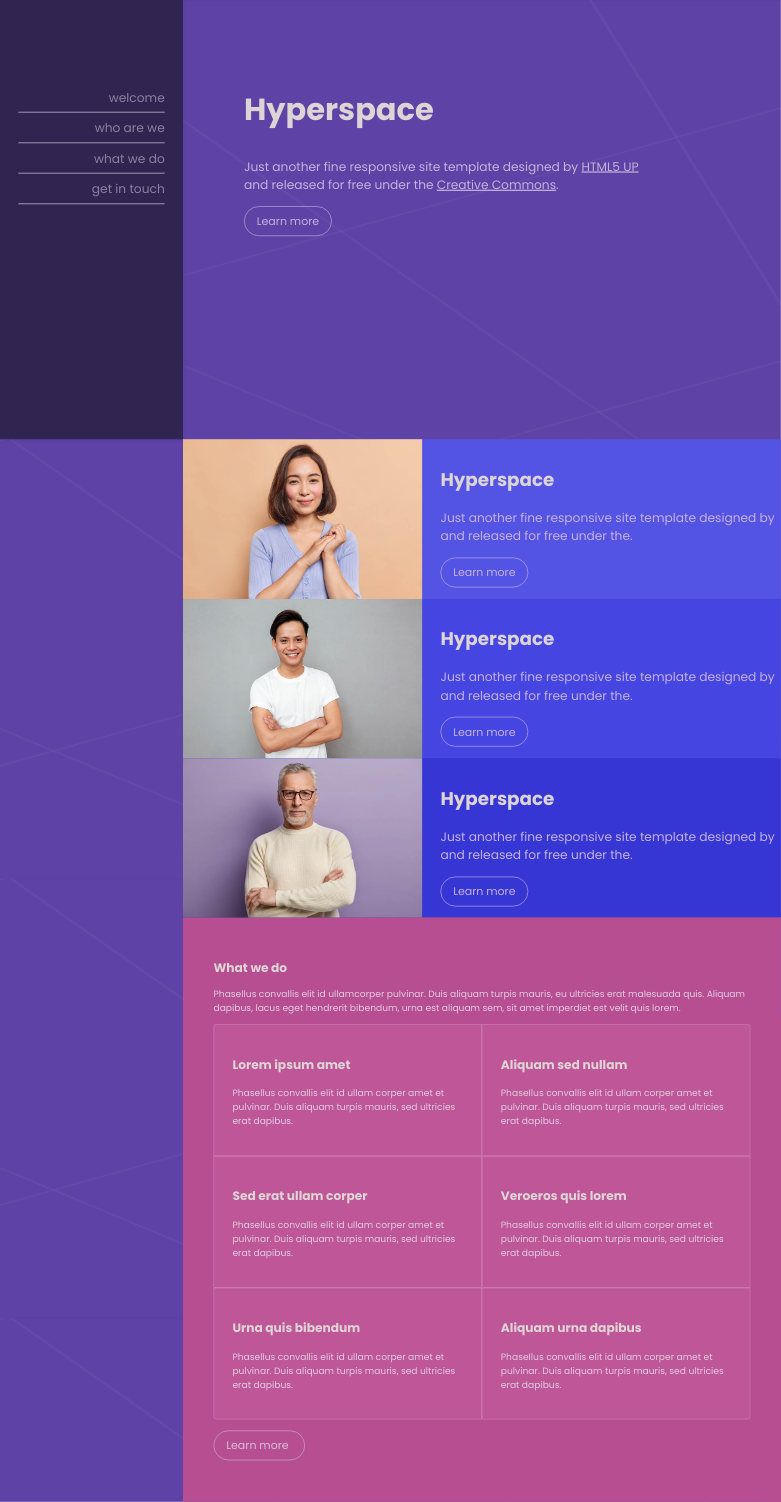
Repository: zai31/KIMIT_Tasks
Page: JsSession8/index.html
The author's editor kept a copy of each file at every save. The page is drawn from the files as they stood at one save, then again after the next save.
The browser window is 1280 px wide. The pictures show the whole page, at 61% of full size.
Backgrounds fixed to the window are drawn as part of the page.

Above is the page before, as saved 2025-09-15 21:13:20.

### JsSession8/index.html
<!DOCTYPE html>
<html lang="en">
<head>
    <meta charset="UTF-8">
    <meta name="viewport" content="width=device-width, initial-scale=1.0">
    <link rel="stylesheet" href="./css/style.css">
    <title>Responsive</title>
</head>

<body>
    <section  class="flex-section">
        <div class="menu">
        <ul>
            <li><a href="#">welcome</a></li>
            <li><a href="#">who are we</a></li>
            <li><a href="#">what we do</a></li>
            <li><a href="#">get in touch</a></li>
        </ul>
</div>
<div class="section">
    <div class="content">
      <div class="intro">
							<h1>Hyperspace</h1>
							<p>Just another fine responsive site template designed by <a href="https://html5up.net">HTML5 UP</a><br>
							and released for free under the <a href="https://html5up.net/license">Creative Commons</a>.</p>
							<button>Learn more</button>

						</div>
    <div class="overview">
        <div class="s" style="background-color: rgb(83, 83, 228);">
           <img src="./images/1.jpg" alt="">

							<div ><h1>Hyperspace</h1>
                                <p>Just another fine responsive site template designed by
							and released for free under the.</p>
							<button>Learn more</button></div>
        </div>
        <div class="s" style="background-color: rgb(69, 69, 226);">
            <img src="./images/2.jpg" alt="">
							<div >
                                           	<h1>Hyperspace</h1>
<p>Just another fine responsive site template designed by
							and released for free under the.</p>
							<button>Learn more</button></div>
        </div>
        <div class="s" style="background-color: rgb(54, 54, 213);">
            <img src="./images/3.jpg" alt="">
							<div >
                                           	<h1>Hyperspace</h1>
<p>Just another fine responsive site template designed by
							and released for free under the.</p>
							<button>Learn more</button></div>
        </div>
    <div class="what">
							<h2>What we do</h2>
							<p>Phasellus convallis elit id ullamcorper pulvinar. Duis aliquam turpis mauris, eu ultricies erat malesuada quis. Aliquam dapibus, lacus eget hendrerit bibendum, urna est aliquam sem, sit amet imperdiet est velit quis lorem.</p>
							<div class="features">
								<section style="border-radius:5px 0px 0px 0 ;">
									<span class="icon fa-code"></span>
									<h3>Lorem ipsum amet</h3>
									<p>Phasellus convallis elit id ullam corper amet et pulvinar. Duis aliquam turpis mauris, sed ultricies erat dapibus.</p>
								</section>
								<section style="border-radius:0 5px 0px 0 ;">
									<span class="icon  fa-lock"></span>
									<h3>Aliquam sed nullam</h3>
									<p>Phasellus convallis elit id ullam corper amet et pulvinar. Duis aliquam turpis mauris, sed ultricies erat dapibus.</p>
								</section>
								<section>
									<span class="icon  fa-cog"></span>
									<h3>Sed erat ullam corper</h3>
									<p>Phasellus convallis elit id ullam corper amet et pulvinar. Duis aliquam turpis mauris, sed ultricies erat dapibus.</p>
								</section>
								<section>
									<span class="icon  fa-desktop"></span>
									<h3>Veroeros quis lorem</h3>
									<p>Phasellus convallis elit id ullam corper amet et pulvinar. Duis aliquam turpis mauris, sed ultricies erat dapibus.</p>
								</section>
								<section style="border-radius:0 0px 0px 5px  ;">
									<span class="icon  fa-link"></span>
									<h3>Urna quis bibendum</h3>
									<p>Phasellus convallis elit id ullam corper amet et pulvinar. Duis aliquam turpis mauris, sed ultricies erat dapibus.</p>
								</section>
								<section style="border-radius:0 0px 5px 0 ;">
									<span class="icon  fa-gem" ></span>
									<h3>Aliquam urna dapibus</h3>
									<p>Phasellus convallis elit id ullam corper amet et pulvinar. Duis aliquam turpis mauris, sed ultricies erat dapibus.</p>
								</section>
							</div>
							<ul class="actions">
								<li style="list-style: none;"><a href="generic.html" class="button" style="text-decoration: none; color: thistle;">Learn more</a></li>
							</ul>

    </div>
                        </div>
                        </div>
                    </section>
</body>
</html>

### JsSession8/CSS/style.css
@import url("https://fonts.googleapis.com/css2?family=Poppins:ital,wght@0,100;0,200;0,300;0,400;0,500;0,600;0,700;0,800;0,900;1,100;1,200;1,300;1,400;1,500;1,600;1,700;1,800;1,900&display=swap");

* {
    box-sizing: border-box;
    font-family: "Poppins", sans-serif;
}

:root {
    --sidebar-color: #312450;
    --primary-color: #5e42a6;
    --secondary-color: #b74e91;
    --section-bg-color: #c7b2dc;
    --dark-color: #000000;
    --navbar-bg-color: #273053;
    --p-color: #717275;
    --highlight-icon-color: #ff0100;
    --main-transition: 0.5s all ease-in-out;
}


html,
body {
    height: 100%;
    margin: 0;
    padding: 0;
}

.flex-section {
    display: flex;
    flex-direction: row;

}

/*side bar*/
.flex-section .menu {
    min-height: 100vh;
    /* ensures sidebar spans at least the full screen */
    height: auto;
    /* lets it grow with content */
    width: 300px;
    top: 0;
    left: 0;
    position: fixed;
    background-color: var(--sidebar-color);
    padding: 145px 30px;
    box-shadow: 0 0 10px rgba(0, 0, 0, 0.1);
}

.flex-section .menu ul {
    list-style: none;
    padding: 0;
    margin: 0;
    text-align: right;
}

.flex-section .menu ul li {
    margin-bottom: 10px;
    font-size: 20px;
    position: relative;
    /* needed for ::after positioning */
    padding-bottom: 10px;
}

.flex-section .menu ul li a {
    text-decoration: none;
    color: #8b82a1;

}

.flex-section .menu ul li::after {
    content: "";
    position: absolute;
    left: 0;
    bottom: 0;
    width: 100%;
    /* stick to the bottom */
    height: 2px;
    background-color: #8b82a1;
    /* thickness of underline */
    transition: width 0.3s ease;
}

/*use js*/
.flex-section .menu ul li a:hover::after {
    width: 100%;
    /* expand underline on hover */
}


.flex-section .menu ul li a:hover {
    color: #b5b8bf;
}

.flex-section .menu ul li a:active {
    color: #5e42a6;
}

.flex-section .menu ul li a:active::after {
    background: linear-gradient(to right, #4b0082, #8b00ff, #981196);
}






/*content first section */
.flex-section .section {
    flex: 1;
    background-color: var(--section-bg-color);
    background-attachment: fixed;
    background-image: url("../assets/css/images/Screenshot\ 2025-09-15\ 075920.png");
    background-position: top right;
    background-repeat: no-repeat;
    background-size: 100% 100%;
    padding-left: 300px;
}

.flex-section .section .content {
    display: flex;
    flex-direction: column;
    width: 100%;
}

.flex-section .section .content .intro {
    padding: 100px;
    width: 100%;
    height: 100vh;
}

.flex-section .section .content .intro h1 {
    color: rgb(221, 213, 213);
    font-size: 50px;
}

.flex-section .section .content .intro p,
.flex-section .section .content .intro a {
    color: var(--section-bg-color);
    font-size: 20px;
}

.flex-section .section .content .intro a:hover {
    color: #fefefe;
    text-decoration: none;
}

.flex-section .section .content .intro button {
    color: var(--section-bg-color);
    background-color: transparent;
    border: 1px solid var(--section-bg-color);
    padding: 10px 20px;
    border-radius: 25px;
    cursor: pointer;
    text-decoration: none;
    font-size: 18px;
}

.flex-section .section .content .intro button:hover {
    background-color: #6f54b6;
}




/*content second section */

.flex-section .section .content .overview .s {
    display: flex;
    flex-direction: row;
    align-items: center;
    gap: 30px;
}

.flex-section .section .content .overview .s h1 {
    color: rgb(221, 213, 213);
    font-size: 30px;
}

.flex-section .section .content .overview .s p {
    color: var(--section-bg-color);
    font-size: 20px;
}

.flex-section .section .content .overview .s button {
    color: var(--section-bg-color);
    background-color: transparent;
    border: 1px solid var(--section-bg-color);
    padding: 10px 20px;
    border-radius: 25px;
    cursor: pointer;
    text-decoration: none;
    font-size: 18px;
}

.flex-section .section .content .overview .s button:hover {
    background-color: rgb(77, 77, 246);
}

.flex-section .section .content .overview .s img {
    width: 40%;
}

/*what section*/

.flex-section .section .content .what {
    padding: 50px;
    width: 100%;
    background-color: var(--secondary-color);
}

.flex-section .section .content .what h3,
.flex-section .section .content .what h2 {
    color: rgb(221, 213, 213);
    font-size: 20px;
}
.flex-section .section .content .what p {
    color: #e0cee1;
    font-size: 15px;
}

.flex-section .section .content .what .features{
    display: flex;
    flex-direction: row;
    flex-wrap: wrap;
    background-color: #be5698;


}
.flex-section .section .content .what .features section {
 flex: 1 1 50%;     /* grow/shrink, ~half width with gap */
 border: 0.5px solid rgba(255, 255, 255, 0.248);
 box-sizing: border-box;
 padding: 30px;

}
.flex-section .section .content .what .actions {
   color: var(--section-bg-color);
    background-color: transparent;
    border: 1px solid var(--section-bg-color);
    padding: 10px 20px;
    border-radius: 25px;
    cursor: pointer;
    text-decoration: none;
    font-size: 18px;
    width: 150px;
}

.flex-section .section .content .what .actions:hover {
    background-color: rgb(212, 107, 177);
}

After the next save:
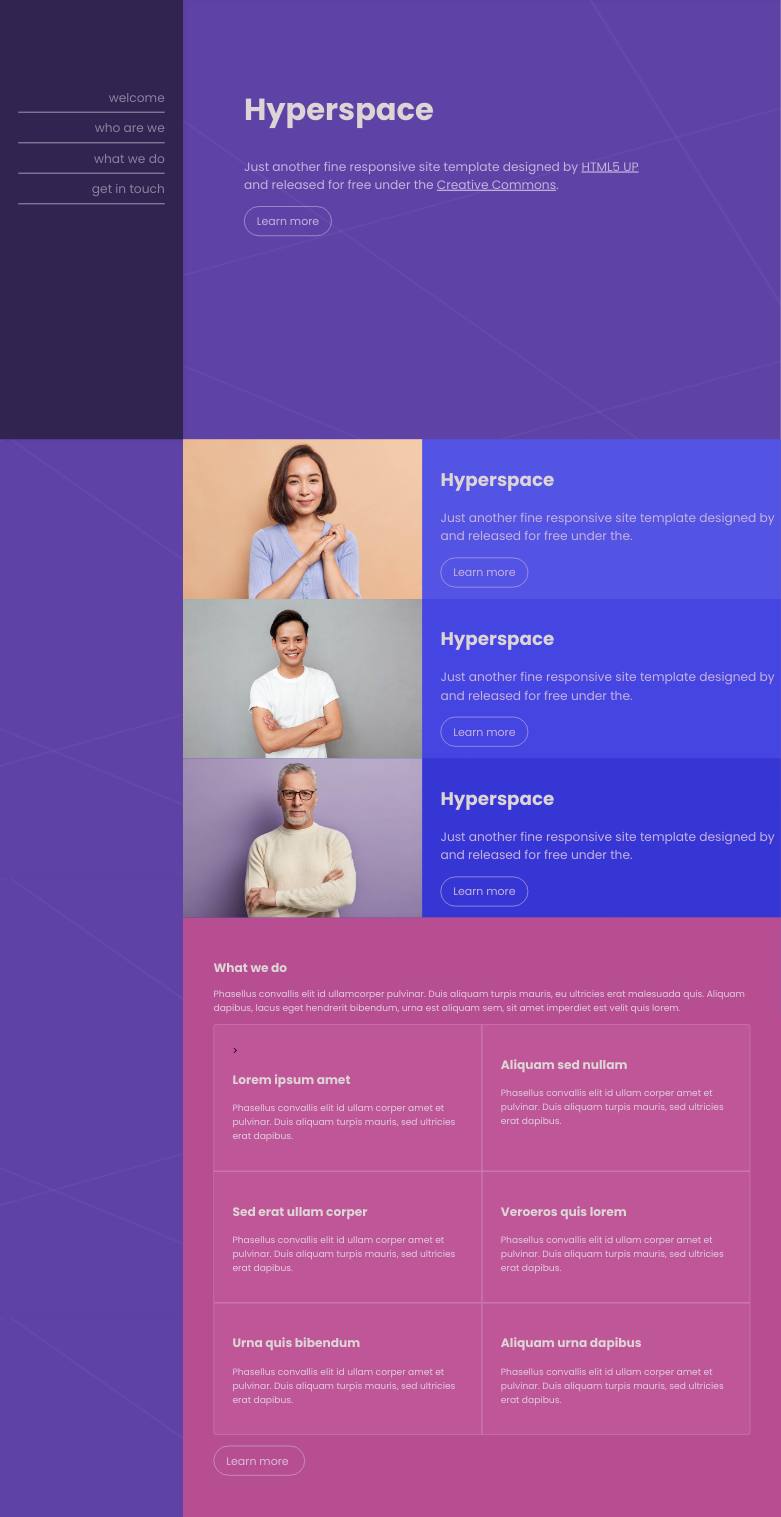
Saved 2 min 11 s later.
--- a/JsSession8/index.html
+++ b/JsSession8/index.html
@@ -56,7 +56,7 @@
 							<p>Phasellus convallis elit id ullamcorper pulvinar. Duis aliquam turpis mauris, eu ultricies erat malesuada quis. Aliquam dapibus, lacus eget hendrerit bibendum, urna est aliquam sem, sit amet imperdiet est velit quis lorem.</p>
 							<div class="features">
 								<section style="border-radius:5px 0px 0px 0 ;">
-									<span class="icon fa-code"></span>
+									<span <i class="fa-solid fa-lock"></i>></span>
 									<h3>Lorem ipsum amet</h3>
 									<p>Phasellus convallis elit id ullam corper amet et pulvinar. Duis aliquam turpis mauris, sed ultricies erat dapibus.</p>
 								</section>

After the save that followed:
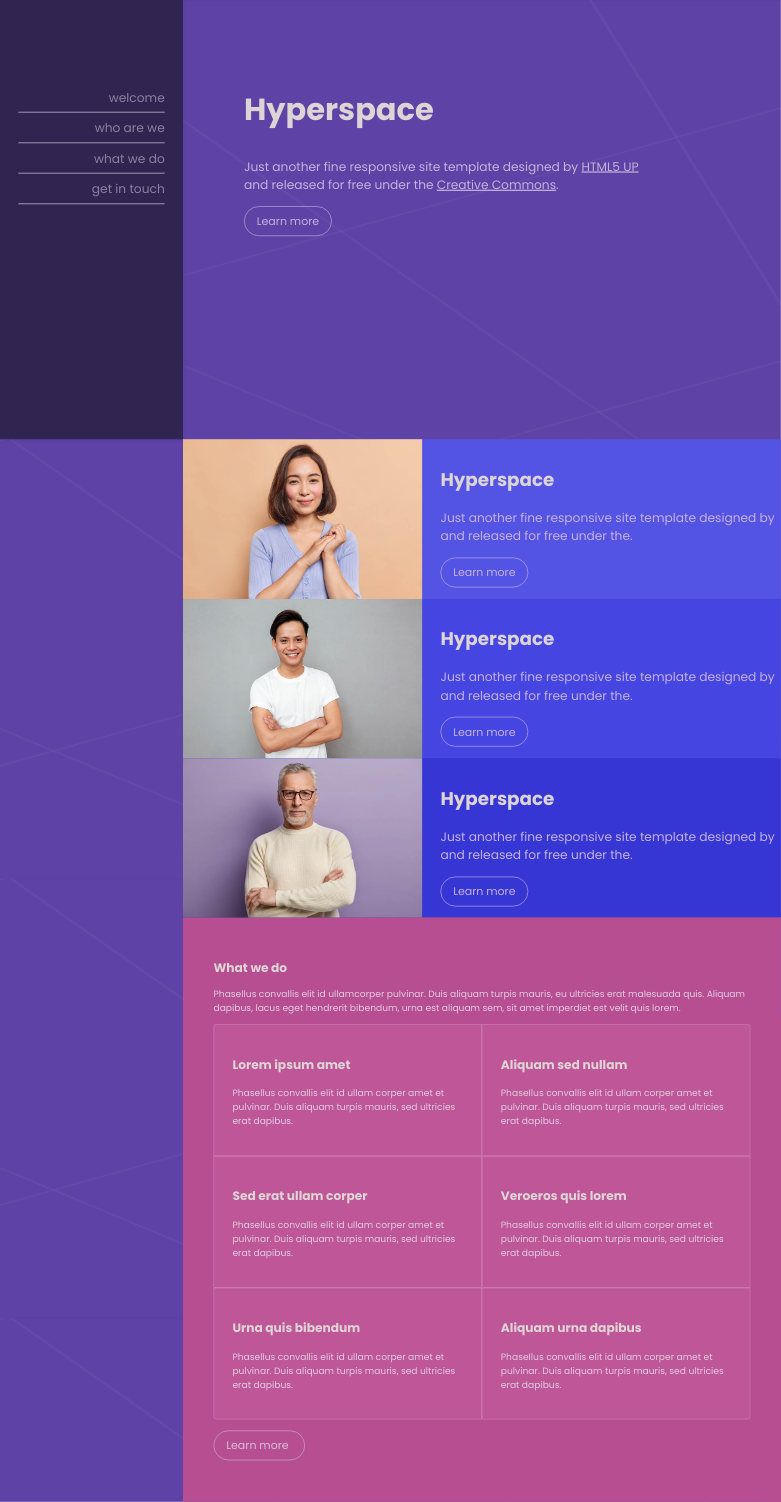
Saved 11 s later.
--- a/JsSession8/index.html
+++ b/JsSession8/index.html
@@ -56,7 +56,7 @@
 							<p>Phasellus convallis elit id ullamcorper pulvinar. Duis aliquam turpis mauris, eu ultricies erat malesuada quis. Aliquam dapibus, lacus eget hendrerit bibendum, urna est aliquam sem, sit amet imperdiet est velit quis lorem.</p>
 							<div class="features">
 								<section style="border-radius:5px 0px 0px 0 ;">
-									<span <i class="fa-solid fa-lock"></i>></span>
+									<span <i class="fa-solid fa-lock"></i></span>
 									<h3>Lorem ipsum amet</h3>
 									<p>Phasellus convallis elit id ullam corper amet et pulvinar. Duis aliquam turpis mauris, sed ultricies erat dapibus.</p>
 								</section>
